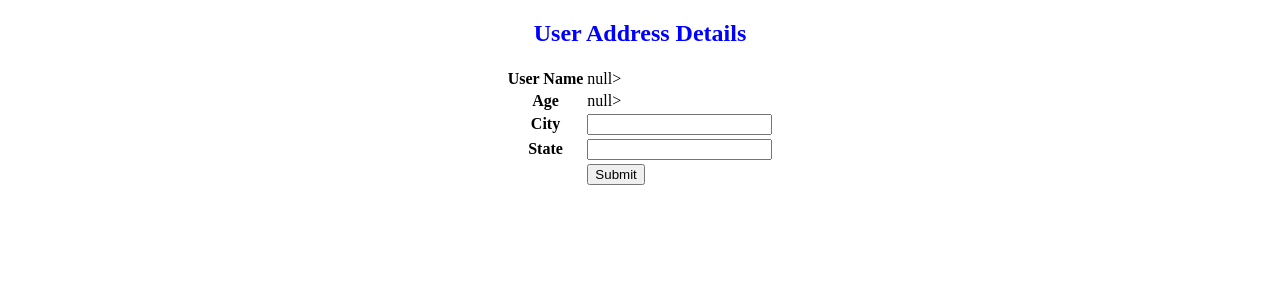
Repository: choubeyshubham018/CompleteJavaQuestions
Page: http://localhost/Ques_16_SessionManagement/user/addName
The author's editor kept a copy of each file at every save. The page is drawn from the files as they stood at one save, then again after the next save.
The browser window is 1280 px wide. The pictures show the whole page.
The page is served by Tomcat 9.

Above is the page before, as saved 2023-09-19 16:01:55.

### Servlet Assignment/Ques_16_SessionManagement/src/main/webapp/userAddress.jsp
<%@ page language="java" contentType="text/html; charset=ISO-8859-1"
    pageEncoding="ISO-8859-1"%>
<!DOCTYPE html>
<html>
<head>
<meta charset="ISO-8859-1">
<title>Address</title>
</head>
<body>
<h2 style="text-align: center; color: blue;">User Address Details</h2>
<form action="./user/address" method="get">
<table align="center">
<tr>
<th> User Name</th>
<td><%= session.getAttribute("uname") %>></td>
</tr>
<tr>
<th> Age</th>
<td><%= session.getAttribute("uage") %>></td>
</tr>
<tr>
<th> City</th>
<td> <input type="text" name="city"></td>
</tr>
<tr>
<th>State</th>
<td> <input type="text" name="state"></td>
</tr>
<tr>
<th></th>
<td> <input type="submit" value="Submit"></td>
</tr>
</table>
</form>

</body>
</html>

### Servlet Assignment/Ques_16_SessionManagement/src/main/java/in/ineuron/controller/UserController.java
package in.ineuron.controller;

import java.io.IOException;

import javax.servlet.RequestDispatcher;
import javax.servlet.ServletException;
import javax.servlet.annotation.WebServlet;
import javax.servlet.http.HttpServlet;
import javax.servlet.http.HttpServletRequest;
import javax.servlet.http.HttpServletResponse;
import javax.servlet.http.HttpSession;

/**
 * Servlet implementation class UserController
 */
@WebServlet("/user/*")
public class UserController extends HttpServlet {
	private static final long serialVersionUID = 1L;


    public UserController() {

    }

    HttpSession session = null;
	protected void doGet(HttpServletRequest request, HttpServletResponse response) throws ServletException, IOException {
		System.out.println(request.getRequestURI());
		if(request.getRequestURI().endsWith("addName")) {
			System.out.println("userName");
			session=request.getSession();
			session.setAttribute("uname",request.getParameter("uname"));
			session.setAttribute("uage",request.getParameter("uage"));
			RequestDispatcher dispatcher = request.getRequestDispatcher("../userAddress.jsp");
			dispatcher.forward(request, response);
		}
		if(request.getRequestURI().endsWith("address")) {
			session=request.getSession();
			session.setAttribute("city",request.getParameter("city"));
			session.setAttribute("state",request.getParameter("state"));
			RequestDispatcher dispatcher = request.getRequestDispatcher("../userContact.jsp");
			dispatcher.forward(request, response);

		}
		if(request.getRequestURI().endsWith("display")) {
			session=request.getSession();
			session.setAttribute("phone",request.getParameter("phone"));
			session.setAttribute("email",request.getParameter("email"));
			RequestDispatcher dispatcher = request.getRequestDispatcher("../display.jsp");
			dispatcher.forward(request, response);

		}


	}


	protected void doPost(HttpServletRequest request, HttpServletResponse response) throws ServletException, IOException {

		doGet(request, response);
	}

}

After the next save:
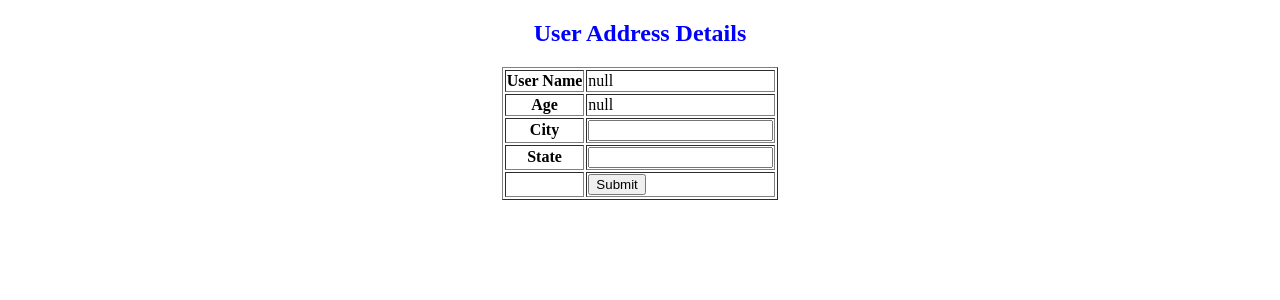
Saved 47 s later.
--- a/Servlet Assignment/Ques_16_SessionManagement/src/main/webapp/userAddress.jsp
+++ b/Servlet Assignment/Ques_16_SessionManagement/src/main/webapp/userAddress.jsp
@@ -9,14 +9,14 @@
 <body>
 <h2 style="text-align: center; color: blue;">User Address Details</h2>
 <form action="./user/address" method="get">
-<table align="center">
+<table align="center" border="1px">
 <tr>
-<th> User Name</th>
-<td><%= session.getAttribute("uname") %>></td>
+<th>User Name</th>
+<td><%= session.getAttribute("uname") %></td>
 </tr>
 <tr>
 <th> Age</th>
-<td><%= session.getAttribute("uage") %>></td>
+<td><%= session.getAttribute("uage") %></td>
 </tr>
 <tr>
 <th> City</th>
